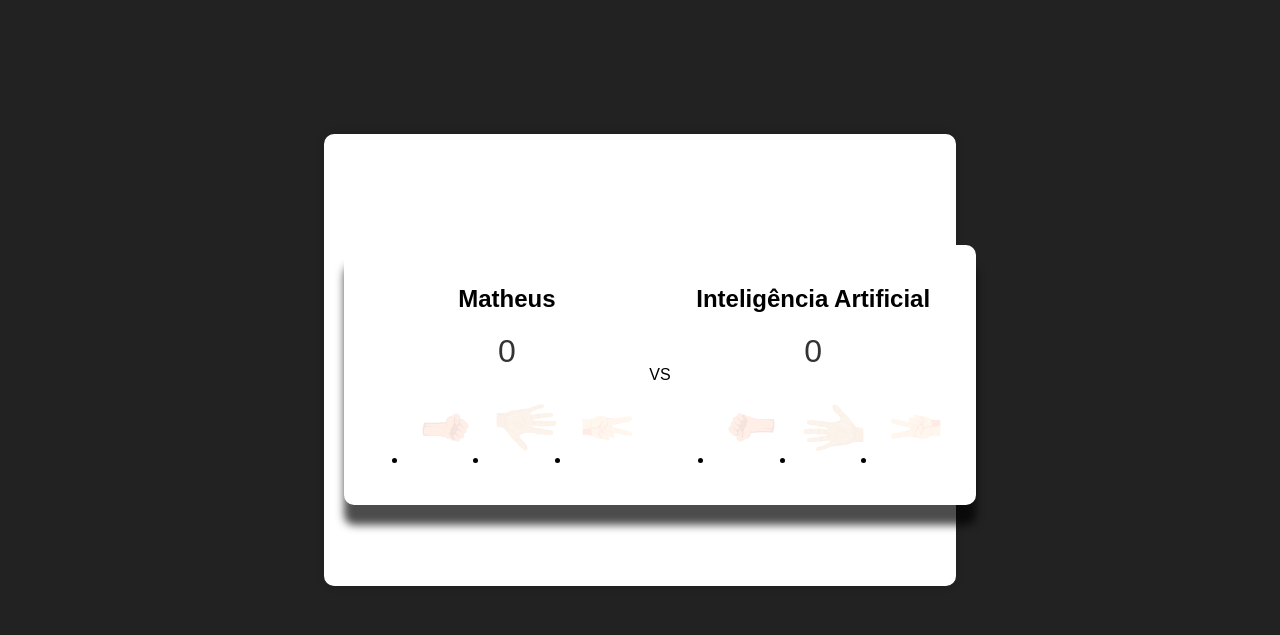
Repository: Matheus904-12/Pedra-Papel
Page: index.html
These files come from the project's save history. The page is drawn as it stood at one moment and after the next save; the edit follows.
The browser window is 1280 px wide. The pictures show the whole page.

Above is the page before, as saved 2023-08-28 22:17:49.

### index.html
<!DOCTYPE html>
<html lang="en">
<head>
    <meta charset="UTF-8">
    <meta name="viewport" content="width=device-width, initial-scale=1.0">
    <title>Pedra, Papel e Tesoura</title>
    <link rel="stylesheet" href="style.css">
    <script src="script.js"></script>
</head>
<body>
    <center>
    <div class="box">
        <div class="container">
            <h1 id="titulo">Pedra, Papel e Tesoura</h1>
            <div class="placar" id="placar">
                <div class="jogador">
                    <h2 id="jogadorNome">Matheus</h2>
                    <p id="jogadorPontos">0</p>
                    <ul class="escolhas" id="jogadorEscolha">
                        <li>
                            <a id="jogadorEscolha1" class="escolha" onclick="jogar(1)">
                                <img src="img/1-removebg-preview.png" alt="">
                            </a>
                        </li>
                        <li>
                            <a id="jogadorEscolha2" class="escolha" onclick="jogar(2)">
                                <img src="img/2-removebg-preview.png" alt="">
                            </a>
                        </li>
                        <li>
                            <a id="jogadorEscolha3" class="escolha" onclick="jogar(3)">
                                <img src="img/3-removebg-preview.png" alt="">
                            </a>
                        </li>
                    </ul>
                </div>
                <div id="versus">VS</div>
                <div class="computador">
                    <h2 id="computadorNome">Inteligência Artificial</h2>
                    <p id="computadorPontos">0</p>
                    <ul class="escolhas" id="computadorEscolha">
                        <li>
                            <a id="computadorEscolha1" class="escolha">
                                <img src="img2/1.png" alt="">
                            </a>
                        </li>
                        <li>
                            <a id="computadorEscolha2" class="escolha">
                                <img src="img2/2.png" alt="">
                            </a>
                        </li>
                        <li>
                            <a id="computadorEscolha3" class="escolha">
                                <img src="img2/3.png" alt="">
                            </a>
                        </li>
                    </ul>
                </div>
            </div>
            <div class="mensagem"><p id="mensagem"class="result-message">&nbsp;</p>
    </div>
</center>
</body>
</html>

### style.css
/* Estilos para as escolhas do jogador e do computador */
ul#jogadorEscolha li a,
ul#computadorEscolha li a {
    opacity: 0.2;
    transition: ease-in-out 0.3s;
}

ul#jogadorEscolha li a:hover,
ul#jogadorEscolha li a.selecionado,
ul#computadorEscolha li a.selecionado {
    opacity: 1;
}

/* Estilos gerais */
body {
    font-family: 'Arial', sans-serif;
    background-color: #222;
    margin: 0;
    padding: 0;
    transition: background-color 0.5s ease;
    display: flex;
    align-items: center;
    justify-content: center;
    min-height: 100vh;
}

/* Estilo do container principal */
.box {
    display: flex;
    flex-direction: column;
    align-items: center;
    justify-content: center;
    background-color: #fff;
    box-shadow: 0 0 10px rgba(0, 0, 0, 0.1);
    border-radius: 10px;
    padding: 20px;
    margin: 20px;
}

/* Estilo do título */
#titulo {
    font-size: 2.5rem;
    color: #fff;
    margin-bottom: 20px;
}

/* Estilo do placar */
.placar {
    display: flex;
    align-items: center;
    justify-content: space-between;
    padding: 20px;
    background-color: #fff;
    border-radius: 10px;
    box-shadow: 0 20px 8px rgba(0, 0, 0, 0.7);
    width: 100%;
    max-width: 600px;
    margin-top: 20px;
}

.jogador,
.computador {
    width: 50%;
}

.jogador p,
.computador p {
    font-size: 2rem;
    color: #333;
    margin: 0;
}

.escolhas {
    display: flex;
    justify-content: space-around;
    margin-top: 20px;
}

.escolhas img {
    max-width: 75px;
    cursor: pointer;
    transition: transform 0.3s ease;
}

.escolhas img:hover {
    transform: scale(1.1);
}

/* Estilo do resultado/mensagem */
.result-message {
    font-size: 1.2rem;
    margin-top: 20px;
    color: #fff;
}

.result-message.vitoria {
    color: #4CAF50;
}

.result-message.derrota {
    color: #FF5733;
}

.result-message.empate {
    color: #FFC300;
}

/* Estilo do botão reiniciar */
.reiniciar-jogo {
    background-color: #3498db;
    border: none;
    color: white;
    padding: 10px 20px;
    text-align: center;
    text-decoration: none;
    display: inline-block;
    font-size: 16px;
    border-radius: 5px;
    cursor: pointer;
    transition: background-color 0.3s ease;
    margin-top: 20px;
}

.reiniciar-jogo:hover {
    background-color: #2980b9;
}

/* Estilo do histórico */
.historico {
    text-align: center;
    margin-top: 20px;
}

.historico-toggle {
    background-color: #333;
    border: none;
    color: white;
    padding: 5px 10px;
    font-size: 14px;
    border-radius: 5px;
    cursor: pointer;
    transition: background-color 0.3s ease;
}

.historico-toggle:hover {
    background-color: #222;
}

.historico-list {
    list-style: none;
    padding: 0;
    display: none;
    text-align: left;
}

.historico-list li {
    font-size: 14px;
    margin-bottom: 5px;
    color: #fff;
}

### script.js
let jogadorEscolha = 0;
let jogadorPontos = 0;
let computadorEscolha = 0;
let computadorPontos = 0;
let ganhador = -1;
let historico = [];

function jogar(escolha){
    jogadorEscolha = escolha;
    computadorEscolha = Math.floor(Math.random() * 3) + 1;


/*PEDRA = 1
  PAPEL = 2
  TESOURA = 3
*/

if (jogadorEscolha == 1 && computadorEscolha == 1) {
    ganhador = 0;
    //*PEDRA = PEDRA*//
} else if (jogadorEscolha == 1 && computadorEscolha == 2) {
    ganhador = 2;
    //PEDRA E PAPEL = PAPEL//
} else if (jogadorEscolha == 1 && computadorEscolha == 3) {
    ganhador = 1;
    //PEDRA E TESOURA = PEDRA//
} else if (jogadorEscolha == 2 && computadorEscolha == 1) {
    ganhador = 1;
    //PAPEL E PEDRA = PEDRA
} else if (jogadorEscolha == 2 && computadorEscolha == 2) {
    ganhador =  0;
    //PAPEL E PAPEL = NADA
} else if (jogadorEscolha == 2 && computadorEscolha == 3) {
    ganhador = 2;
    //PAPEL E TESOURA = TESOURA
} else if (jogadorEscolha == 3 && computadorEscolha == 1) {
    ganhador = 2;
    //TESOURA E PEDRA = PEDRA
} else if (jogadorEscolha == 3 && computadorEscolha == 2) {
    ganhador = 1;
    //TESOURA E PAPEL = TESOURA
} else if (jogadorEscolha == 3 && computadorEscolha == 3) {
    ganhador = 0;
    //TESOURA E TESOURA = EMPATE
}


document.getElementById('jogadorEscolha1').classList.remove('selecionado');
document.getElementById('jogadorEscolha2').classList.remove('selecionado');
document.getElementById('jogadorEscolha3').classList.remove('selecionado');
document.getElementById('computadorEscolha1').classList.remove('selecionado');
document.getElementById('computadorEscolha2').classList.remove('selecionado');
document.getElementById('computadorEscolha3').classList.remove('selecionado');



document.getElementById('jogadorEscolha'+jogadorEscolha).classList.add('selecionado');
document.getElementById('computadorEscolha'+computadorEscolha).classList.add('selecionado');


/*
EMPATE = 0;
JOGADOR = 1;
COMPUTADOR = 2;
*/


// Atualizar placar
if (ganhador === 1) {
    jogadorPontos++;
} else if (ganhador === 2) {
    computadorPontos++;
}

document.getElementById('jogadorPontos').textContent = jogadorPontos;
document.getElementById('computadorPontos').textContent = computadorPontos;


// Mensagem do resultado
let mensagem = '';
if (ganhador === 1) {
    mensagem = 'Você venceu!';
} else if (ganhador === 2) {
    mensagem = 'Você perdeu!';
} else {
    mensagem = 'Empate!';
}

// Adicionar ao histórico
historico.push({
    jogador: jogadorEscolha,
    computador: computadorEscolha,
    resultado: ganhador
});

// Atualizar elementos na página
document.getElementById('jogadorPontos').textContent = jogadorPontos;
document.getElementById('computadorPontos').textContent = computadorPontos;
document.querySelector('.result-message').textContent = mensagem;
document.querySelector('.result-message').className = `result-message ${ganhadorClass}`;

// Exibir histórico
mostrarHistorico();

// Adicionar classe de estilo à mensagem
let mensagemElement = document.getElementById('mensagem');
mensagemElement.classList.remove('vitoria', 'derrota', 'empate');
if (ganhador === 1) {
    mensagemElement.classList.add('vitoria');
} else if (ganhador === 2) {
    mensagemElement.classList.add('derrota');
} else {
    mensagemElement.classList.add('empate');
}
}

function mostrarHistorico() {
let historicoList = document.getElementById('historico-list');
historicoList.innerHTML = '';

for (let i = 0; i < historico.length; i++) {
    let item = historico[i];
    let resultado = '';
    if (item.resultado === 1) {
        resultado = 'Vitória';
    } else if (item.resultado === 2) {
        resultado = 'Derrota';
    } else {
        resultado = 'Empate';
    }

    let listItem = document.createElement('li');
    listItem.textContent = `Jogador: ${item.jogador} | Computador: ${item.computador} | Resultado: ${resultado}`;
    historicoList.appendChild(listItem);
}


document.getElementById('historico-toggle').addEventListener('click', function() {
    const historicoList = document.querySelector('.historico-list');
    historicoList.style.display = historicoList.style.display === 'none' ? 'block' : 'none';
    this.textContent = historicoList.style.display === 'none' ? 'Ver Histórico' : 'Esconder Histórico';
});

// Mensagem do resultado
let mensagem = '';
if (ganhador === 1) {
    mensagem = 'Você venceu!';
} else if (ganhador === 2) {
    mensagem = 'Você perdeu!';
} else {
    mensagem = 'Empate!';
}

// Adicionar ao histórico
historico.push({
    jogador: jogadorEscolha,
    computador: computadorEscolha,
    resultado: ganhador
});


// Atualizar elementos na página
document.getElementById('jogadorPontos').textContent = jogadorPontos;
document.getElementById('computadorPontos').textContent = computadorPontos;
document.querySelector('.result-message').textContent = mensagem;
document.querySelector('.result-message').className = `result-message ${ganhadorClass}`;


 // Adicionar classe de estilo à mensagem
let mensagemElement = document.querySelector('.mensagem');
mensagemElement.classList.remove('vitoria', 'derrota', 'empate');
if (ganhador === 1) {
    mensagemElement.classList.add('vitoria');
} else if (ganhador === 2) {
    mensagemElement.classList.add('derrota');
} else {
    mensagemElement.classList.add('empate');
}

// Atualizar estilo da página com base no resultado
document.querySelector('.box').className = `box ${ganhadorClass}`;




// Atualizar cor de fundo com base no resultado
if (ganhador === 1) {
    document.body.style.backgroundColor = '#4CAF50'; // Verde
} else if (ganhador === 2) {
    document.body.style.backgroundColor = '#FF5733'; // Vermelho
} else {
    document.body.style.backgroundColor = '#FFC300'; // Amarelo
}


// Selecionar escolha do jogador
document.getElementById(`jogadorEscolha${jogadorEscolha}`).classList.add('selecionado');


// Atualizar escolhas do jogador
document.getElementById(`jogadorEscolha${jogadorEscolha}`).classList.add('selecionado');
document.getElementById(`computadorEscolha${computadorEscolha}`).classList.add('selecionado');

// Atualizar estilo da página com base no resultado
document.querySelector('.box').className = `box ${ganhadorClass}`;

// Função para reiniciar o jogo
function reiniciarJogo() {
    jogadorPontos = 0;
    computadorPontos = 0;
    historico = [];
    limparEscolhas();
    atualizarPlacar();
    limparMensagem();
    mostrarHistorico();
    resetarEstiloPagina();
}

// Limpar escolhas selecionadas
function limparEscolhas() {
    document.querySelectorAll('.escolha').forEach(element => {
        element.classList.remove('selecionado');
    });
}

// Atualizar placar
function atualizarPlacar() {
    document.getElementById('jogadorPontos').textContent = jogadorPontos;
    document.getElementById('computadorPontos').textContent = computadorPontos;
}

// Limpar mensagem do resultado
function limparMensagem() {
    document.querySelector('.result-message').textContent = '';
    document.querySelector('.mensagem').className = 'mensagem';
}

// Resetar estilo da página
function resetarEstiloPagina() {
    document.querySelector('.box').className = 'box';
}

// Botão de reiniciar o jogo
document.getElementById('reiniciar-jogo').addEventListener('click', function() {
    reiniciarJogo();
});


// Função para reiniciar o jogo
function reiniciarJogo() {
    jogadorPontos = 0;
    computadorPontos = 0;
    historico = [];
    limparEscolhas();
    atualizarPlacar();
    limparMensagem();
    mostrarHistorico();
    resetarEstiloPagina();
}

// Limpar escolhas selecionadas
function limparEscolhas() {
    document.querySelectorAll('.escolha').forEach(element => {
        element.classList.remove('selecionado');
    });
}

// Atualizar placar
function atualizarPlacar() {
    document.getElementById('jogadorPontos').textContent = jogadorPontos;
    document.getElementById('computadorPontos').textContent = computadorPontos;
}

// Limpar mensagem do resultado
function limparMensagem() {
    document.querySelector('.result-message').textContent = '';
    document.querySelector('.mensagem').className = 'mensagem';
}

// Resetar estilo da página
function resetarEstiloPagina() {
    document.querySelector('.box').className = 'box';
}

// Botão de reiniciar o jogo
document.getElementById('reiniciar-jogo').addEventListener('click', function() {
    reiniciarJogo();
});


}

After the next save:
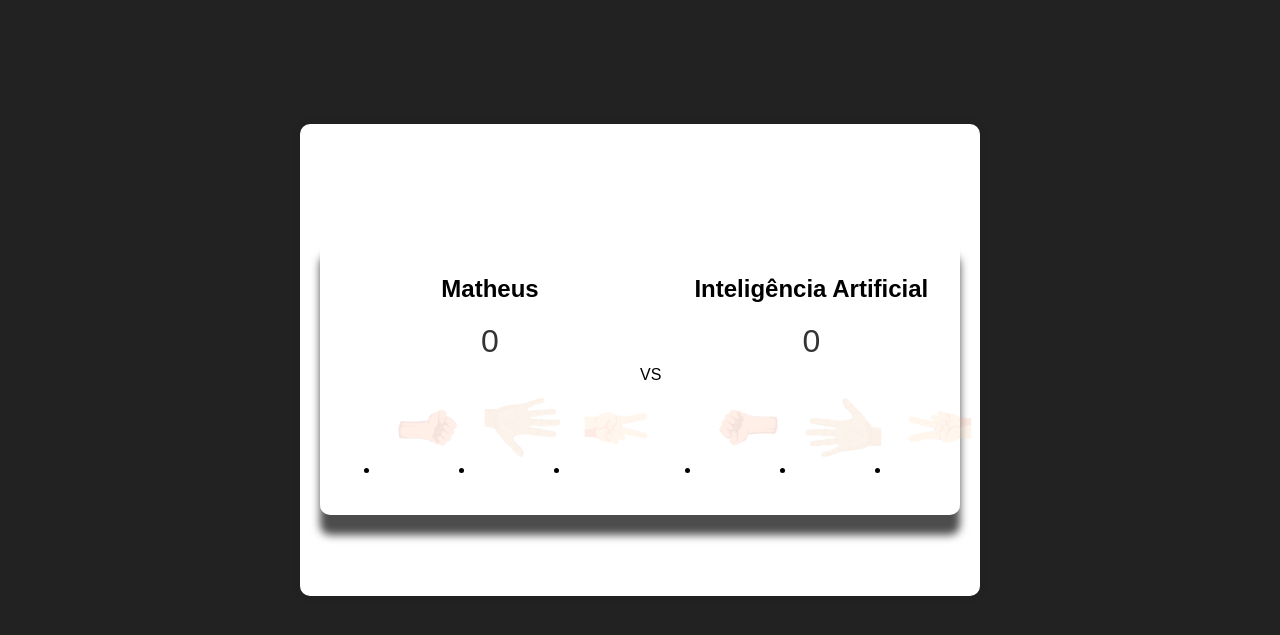
Saved 8 s later.
--- a/style.css
+++ b/style.css
@@ -77,7 +77,7 @@ body {
 }
 
 .escolhas img {
-    max-width: 75px;
+    max-width: 95px;
     cursor: pointer;
     transition: transform 0.3s ease;
 }
